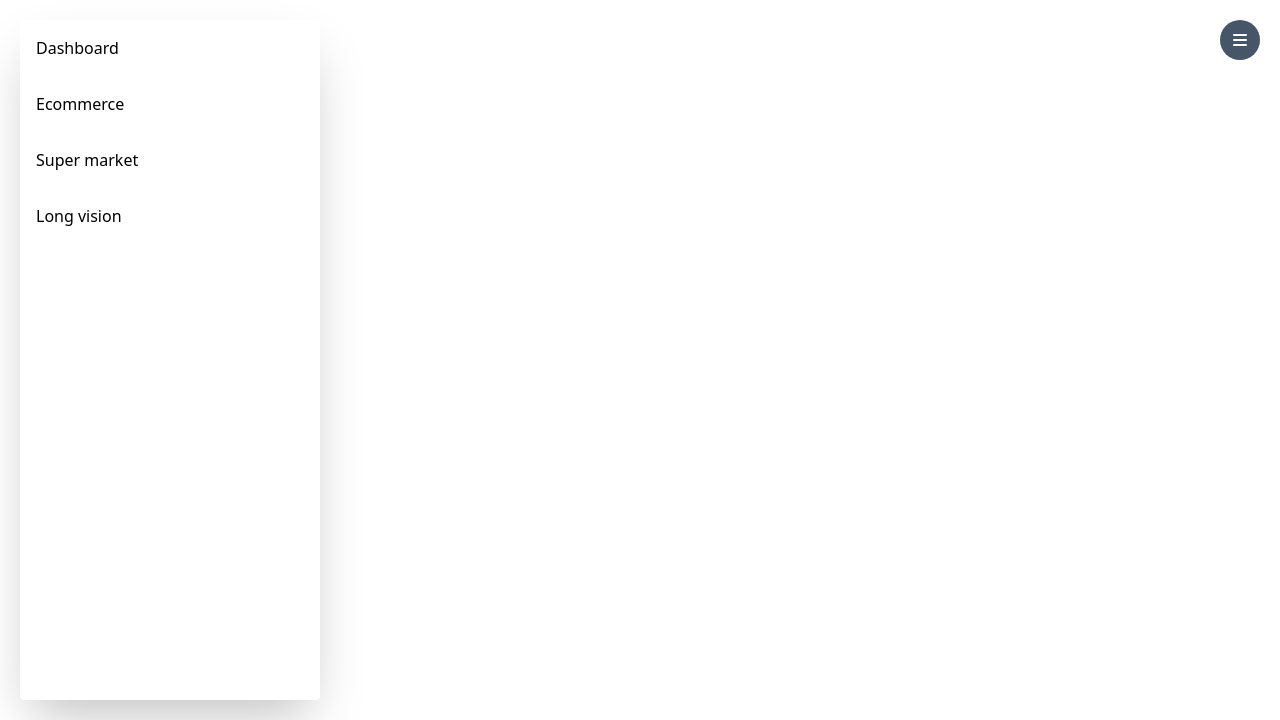
Repository: vophuocthanh/redux
Page: /
An editor plug-in stored every save of this project. The page is shown before and after the next save, followed by the edit.
The browser window is 1280 px wide. The pictures show the whole page.
The project was rebuilt for these pictures with package versions that can differ from the ones it lists, and the page was loaded fresh each time. Also part of the build but not shown: src/App.css.

Above is the page before, as saved 2023-03-09 21:04:46.

### src/index.js
import React from "react";
import { createRoot } from "react-dom/client";
import App from "./App";
import reportWebVitals from "./reportWebVitals";
import "./index.css";
import { Provider } from "react-redux";
import store from "./redux-toolkit/configureStore";

const container = document.getElementById("root");
const root = createRoot(container);

root.render(
  <Provider store={store}>
    <App />
  </Provider>
);

// If you want to start measuring performance in your app, pass a function
// to log results (for example: reportWebVitals(console.log))
// or send to an analytics endpoint. Learn more: https://bit.ly/CRA-vitals
reportWebVitals();

### src/App.js
import React from "react";
import "./App.css";
import ButtonToggle from "./components/ButtonToggle";
import Sidebar from "./components/Sidebar";

function App() {
  return (
    <div>
      <Sidebar></Sidebar>
      <ButtonToggle></ButtonToggle>
    </div>
  );
}

export default App;

### src/redux-toolkit/configureStore.js
import { configureStore, combineReducers } from "@reduxjs/toolkit";
import counterSlice from "./counterSlice";
import globalSlice from "./globalSlice";

const reducer = combineReducers({
  counter: counterSlice,
  global: globalSlice,
});

const store = configureStore({
  reducer,
});

export default store;

### src/components/ButtonToggle.js
import React from "react";

const ButtonToggle = () => {
  return (
    <button className="fixed flex items-center justify-center w-10 h-10 text-white rounded-full right-5 top-5 bg-slate-600">
      <svg
        xmlns="http://www.w3.org/2000/svg"
        className="w-5 h-5"
        viewBox="0 0 20 20"
        fill="currentColor"
      >
        <path
          fillRule="evenodd"
          d="M3 5a1 1 0 011-1h12a1 1 0 110 2H4a1 1 0 01-1-1zM3 10a1 1 0 011-1h12a1 1 0 110 2H4a1 1 0 01-1-1zM3 15a1 1 0 011-1h12a1 1 0 110 2H4a1 1 0 01-1-1z"
          clipRule="evenodd"
        />
      </svg>
    </button>
  );
};

export default ButtonToggle;

### src/components/Sidebar.js
import React from "react";
const links = ["Dashboard", "Ecommerce", "Super market", "Long vision"];
const Sidebar = () => {
  return (
    <div className="w-[300px] bg-white rounded shadow-2xl fixed top-5 left-5 bottom-5">
      {links.map((item) => (
        <div className="p-4 cursor-pointer hover:bg-gray-50" key={item}>
          {item}
        </div>
      ))}
    </div>
  );
};

export default Sidebar;

### src/redux-toolkit/counterSlice.js
import { createSlice } from "@reduxjs/toolkit";

const counterSlice = createSlice({
  name: "counter",
  initialState: {
    count: 0,
  },
  reducers: {
    increment: (state) => ({
      ...state,
      count: state.count + 1,
    }),
    decrement: (state) => ({
      ...state,
      count: state.count - 1,
    }),
    incrementByValue: (state, { payload }) => {
      return {
        ...state,
        count: state.count + payload.value,
      };
    },
  },
});
export const { increment, decrement, incrementByValue } = counterSlice.actions;
export default counterSlice.reducer;

### src/redux-toolkit/globalSlice.js
import { createSlice } from "@reduxjs/toolkit";

const globalSlice = createSlice({
  name: "global",
  initialState: {
    darkMode: false,
    showSidebar: true,
  },
  reducers: {
    toggleDarkMode: (state, { payload }) => {
      return {
        ...state,
        darkMode: payload,
      };
    },
    toggleSideBar: (state, { payload }) => ({
      ...state,
      showSidebar: payload,
    }),
  },
});
export const { toggleDarkMode, toggleSideBar } = globalSlice.actions;
export default globalSlice.reducer;

Loaded but not shown: public/index.html (common file); src/reportWebVitals.js (common file); src/index.css (common file); tailwind.config.js (common file)

After the next save:
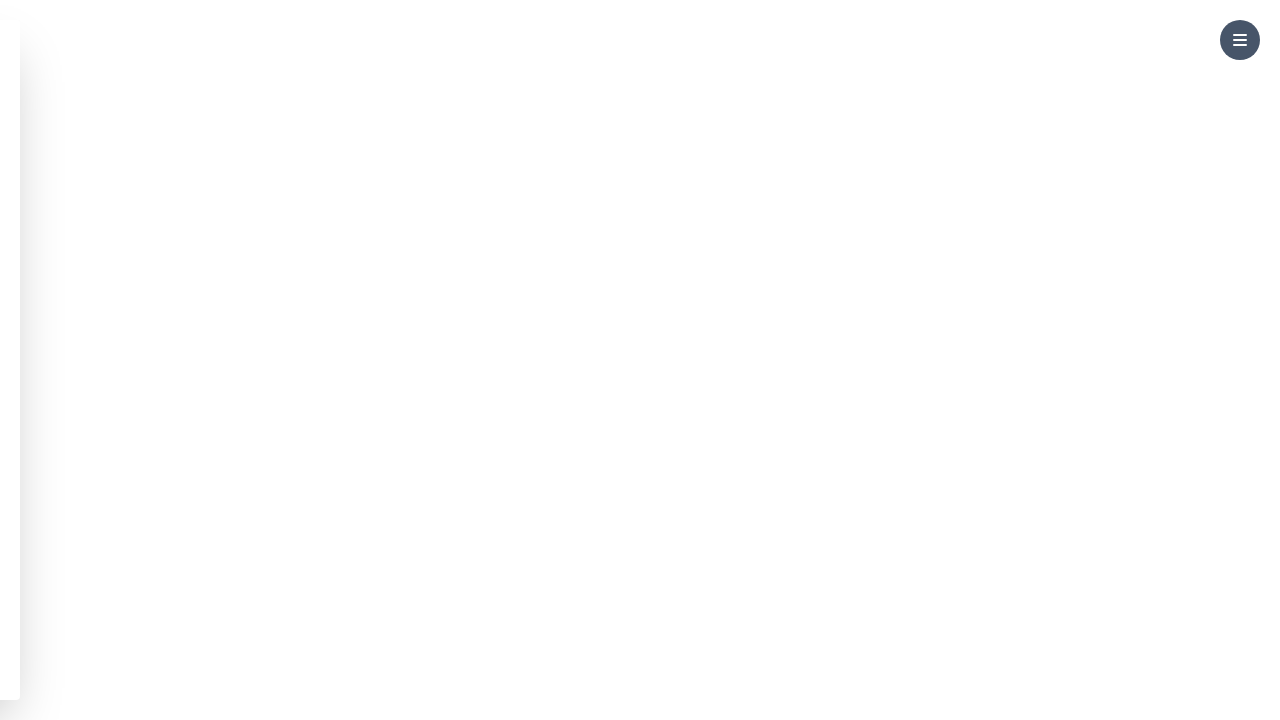
Saved 25 s later.
--- a/src/components/Sidebar.js
+++ b/src/components/Sidebar.js
@@ -2,7 +2,7 @@ import React from "react";
 const links = ["Dashboard", "Ecommerce", "Super market", "Long vision"];
 const Sidebar = () => {
   return (
-    <div className="w-[300px] bg-white rounded shadow-2xl fixed top-5 left-5 bottom-5">
+    <div className="w-[300px] bg-white rounded shadow-2xl fixed top-5 left-5 bottom-5 transition-all -translate-x-full">
       {links.map((item) => (
         <div className="p-4 cursor-pointer hover:bg-gray-50" key={item}>
           {item}
